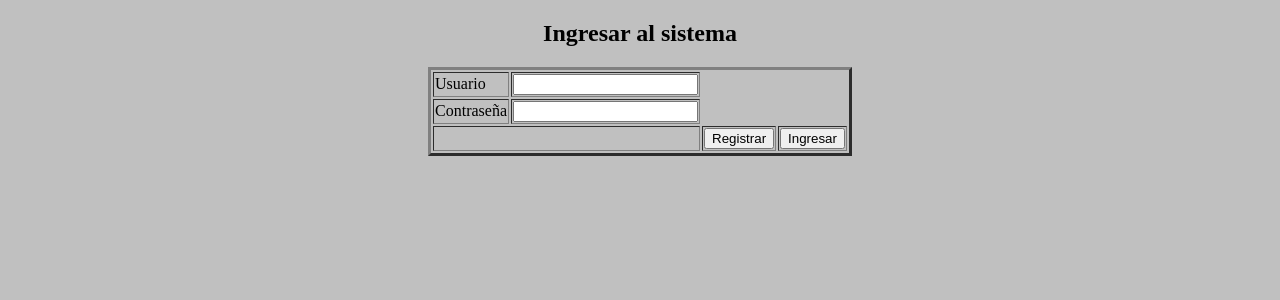
Repository: NayshaOCruz98/CL2ORTIZ
Page: http://localhost/LPII_CL2_ORTIZCRUZNAYSHA/
An editor plug-in stored every save of this project. The page is shown before and after the next save, followed by the edit.
The browser window is 1280 px wide. The pictures show the whole page.
The page is served by Tomcat 9. Other server files are loaded and not shown.

Above is the page before, as saved 2023-10-24 23:18:33.

### LPII_CL2_ORTIZCRUZNAYSHA/src/main/webapp/index.jsp
<%@ page language="java" contentType="text/html; charset=ISO-8859-1"
    pageEncoding="ISO-8859-1"%>

<!DOCTYPE html>
<html>
<head>
<meta http-equiv="Content-Type" content="text/html; charset=ISO-8859-1">
<title>Ventana Usuario</title>
</head>
<body bgcolor="#C0C0C0">
<h2 align="center">Ingresar al sistema</h2>

<form action="ControladorServlet" method="post">

<table align="center" border="3">
<tr>
<td>Usuario</td>
<td><input type="text" name="usuario"></td>
</tr>
<tr>
<td>Contraseña</td>
<td><input type="password" name="password"></td>
</tr>
<tr>
<td colspan="2" align="center">
<td><input type="submit" value="Registrar" name="Registrar usuario"></td>
<td><input type="submit" value="Ingresar"></td>
</td>
</tr>

</table>
</form>

</form>
</body>
</html>

After the next save:
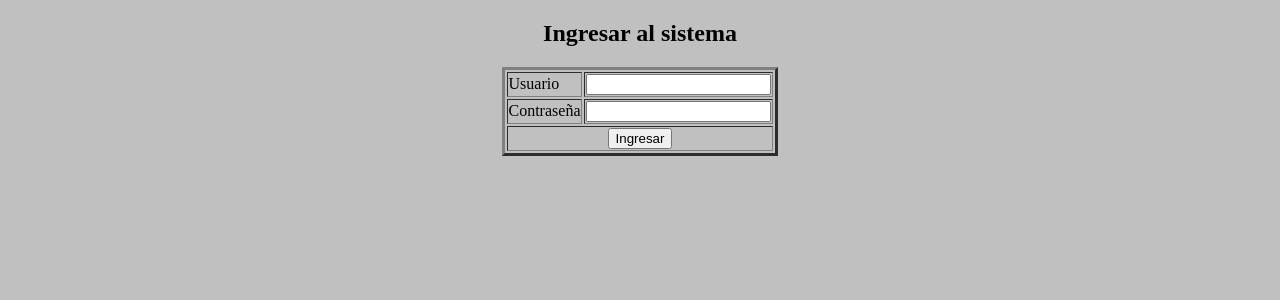
Saved 49 s later.
--- a/LPII_CL2_ORTIZCRUZNAYSHA/src/main/webapp/index.jsp
+++ b/LPII_CL2_ORTIZCRUZNAYSHA/src/main/webapp/index.jsp
@@ -23,8 +23,7 @@
 </tr>
 <tr>
 <td colspan="2" align="center">
-<td><input type="submit" value="Registrar" name="Registrar usuario"></td>
-<td><input type="submit" value="Ingresar"></td>
+<input type="submit" value="Ingresar">
 </td>
 </tr>
 
